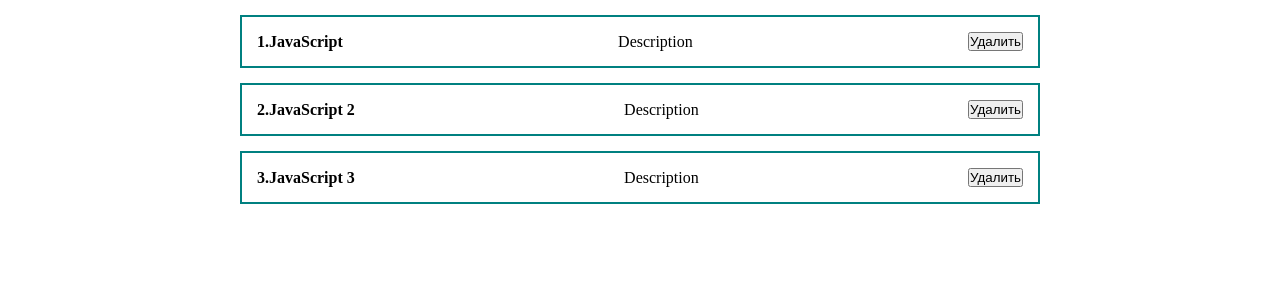
Repository: otvertka/ulb2_react
Page: / (app in jk_project/)
These files come from the project's save history. The page is drawn as it stood at one moment and after the next save; the edit follows.
The browser window is 1280 px wide. The pictures show the whole page.
The project was rebuilt for these pictures with package versions that can differ from the ones it lists, and the page was loaded fresh each time. Also part of the build but not shown: jk_project/src/component/Counter.jsx, jk_project/src/component/ClassCounter.jsx.

Above is the page before, as saved 2023-09-08 11:43:34.

### jk_project/public/index.html
<!DOCTYPE html>
<html lang="en">
  <head>
    <meta charset="utf-8" />

    <meta name="viewport" content="width=device-width, initial-scale=1" />

    <title>React App</title>
  </head>
  <body>
    <noscript>You need to enable JavaScript to run this app.</noscript>
    <div id="root"></div>
    <!-- Здесь будет приложение JS -->
  </body>
</html>

### jk_project/src/App.js
import React, { useState } from "react";
import Counter from "./component/Counter";
import ClassCounter from "./component/ClassCounter";
import classes from "./styles/App.css";
import PostItem from "./component/PostItem";
import PostList from "./component/PostList";

function App() {
  const [posts, setPosts] = useState([
    { id: 1, title: "JavaScript", body: "Description" },
    { id: 2, title: "JavaScript 2", body: "Description" },
    { id: 3, title: "JavaScript 3", body: "Description" },
  ]);

  return (
    <div className="App">
      <PostList posts={posts} />
    </div>
  );
}

export default App;

### jk_project/src/styles/app.css
* {
  margin: 0;
  padding: 0;
  box-sizing: border-box;
}

#root {
  display: flex;
  justify-content: center;
}

.App {
  width: 800px;
}

.post {
  display: flex;
  padding: 15px;
  border: 2px solid teal;
  margin-top: 15px;
  justify-content: space-between;
  align-items: center;
}

### jk_project/src/component/PostItem.jsx
import React from "react";

const PostItem = (props) => {
  console.log(props);
  return (
    <div>
      <div className="post">
        <div className="post__content">
          <strong>
            {props.post.id}.{props.post.title}
          </strong>
        </div>
        <div>{props.post.body}</div>
        <div className="post__btns">
          <button>Удалить</button>
        </div>
      </div>
    </div>
  );
};

export default PostItem;

### jk_project/src/component/PostList.jsx
import React from "react";
import PostItem from "./PostItem";

const PostList = ({ posts, title }) => {
  return (
    <div>
      <h1 style={{ textAlign: "center" }}>{title}</h1>
      {posts.map((post) => (
        <PostItem post={post} key={post.id} />
      ))}
    </div>
  );
};

export default PostList;

Loaded but not shown: jk_project/src/index.js (common file)

After the next save:
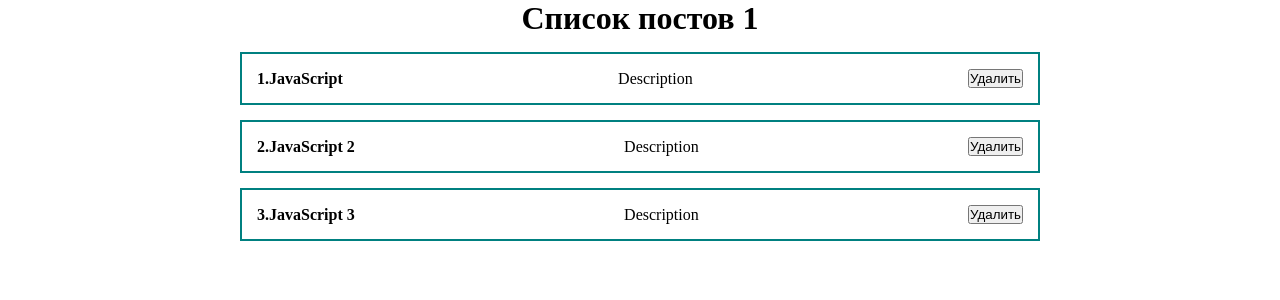
Saved 38 s later.
--- a/jk_project/src/App.js
+++ b/jk_project/src/App.js
@@ -14,7 +14,7 @@ function App() {
 
   return (
     <div className="App">
-      <PostList posts={posts} />
+      <PostList posts={posts} title="Список постов 1" />
     </div>
   );
 }
